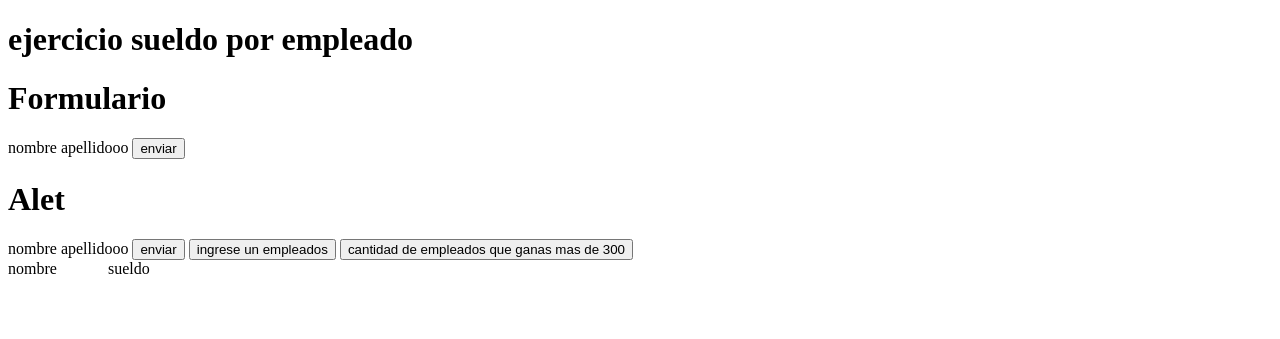
Repository: wolfmarcos/Ej-FormSesionEmpleados
Page: sueldoempleado.html
The author's editor kept a copy of each file at every save. The page is drawn from the files as they stood at one save, then again after a run of saves.
The browser window is 1280 px wide. The pictures show the whole page.

Above is the page before, as saved 2022-07-26 13:33:36.

### sueldoempleado.html
<!DOCTYPE html>
<html lang="en">

<head>
    <meta charset="UTF-8">
    <meta http-equiv="X-UA-Compatible" content="IE=edge">
    <meta name="viewport" content="width=device-width, initial-scale=1.0">
    <link rel="stylesheet" href="ej1.css">
    <title>Document</title>
</head>

<body>

    <h1>ejercicio sueldo por empleado</h1>


    <h1>Formulario</h1>
    <form action="./ej1.js" name="form" method="post">
        <leibel>nombre</leibel>
        <leibel>apellidooo</leibel>
        <imput type="text"/>

            <button type="submit"> enviar</button>
    </form>


    <h1>Alet</h1>
    <form action="./ej1.js" name="form" method="post">
<leibel>nombre</leibel>


<leibel>apellidooo</leibel>
<imput type="text" maxlengt="30" placeholder="nombre"></imput>
<imput type="text">

<button type="submit"> enviar</button>
    </form>




    <button id="agregarHTML">ingrese un empleados</button>

    <button id="empleadosMas300">cantidad de empleados que ganas mas de 300 </button>

    <div class="contenedorR">
        <div>nombre</div>
        <div>sueldo</div>
        <div class="datos"></div>

    </div>


    <script src="ej1.js"></script>
</body>

<div>
    <br>




</div>



</html>

### ej1.css
.contenedorR{ display: grid;

    grid-template-columns: repeat(2 ,100px)}

### ej1.js
// En una empresa trabajan n empleados cuyos  nombre y sueldo se carga por un formulario desde el celular. sueldos oscilan entre $100 y $500,
//  realizar un programa que lea los sueldos que cobra cada empleado e informe cuántos empleados cobran menos de  $200  en una tabla y mas de $300  en otra tabla
//  recuerde cargar los datos como  un nuevo objeto. Además el programa deberá informar el importe que gasta la empresa en sueldos total del personal.
let aprobados = 0;
let i= 0;
let repeticion = true;
resu=document.querySelector(".contenedorR2")

datos=document.querySelector(".datos")
// let arrayDesaprobados = []
const empleados = [];
let resud="";

// let emp = new Empleados;
document.querySelector("#agregarHTML").addEventListener("click", (e) => {


    while(repeticion == true){
        let nombre= prompt("empleado: ");
        let sueldo= parseInt(prompt("sueldo: "));
        //   empleados[i]=[nombre,sueldo,(i+"pepito") ] ;
        //  empleados[i].push(nombre,sueldo );
        empleados[i]={nomebres:nombre,sueldos:sueldo,id:(i+"pepito") }
        i = i + 1;
        repeticion=confirm("ingresar otro  empleado")
    };
    //   Object.values()
    for (let cada of empleados){console.log(cada.sueldos);};


});


// empleados.forEach( cada => console.log( cada["nomebres"]));


document.querySelector("#empleadosMas300").addEventListener("click", (e) => {
    console.log(typeof empleados[0].sueldos)
const emas300= empleados.filter((x)=>x.sueldos>300)
console.log(emas300)
for (let cada of emas300){console.log( cada[1]);};


for (n of emas300){
    resud+= `<div>${n.nomebres}</div>  <div>${n.sueldos}</div>`
    // '<div>'+n.nomebres+'</div>'+'<div>'+n.sueldos+'</div>'
    ___________________________
    //     <div>${n.nomebres}</div>
    //      <div>${n.sueldos}</div>
    ___________________________

console.log(resud)

}
___________________________
// datos.outerHTML=
// `<div class="contenedorR">
// <div>nombre</div>
// <div>sueldo</div>
// ${resud}
// </div>`
___________________________
datos.outerHTML=resud;



})



 // let sueldo= parseFloat(prompt("suldo: "));
        //  new emp(nombre,sueldo)

// console.log("aprobaron: " + aprobados)
// console.log(arrayAprobados);
// console.log("desaprobaron: " + desaprobados)
// console.log(arrayDesaprobados);

After the next 3 saves:
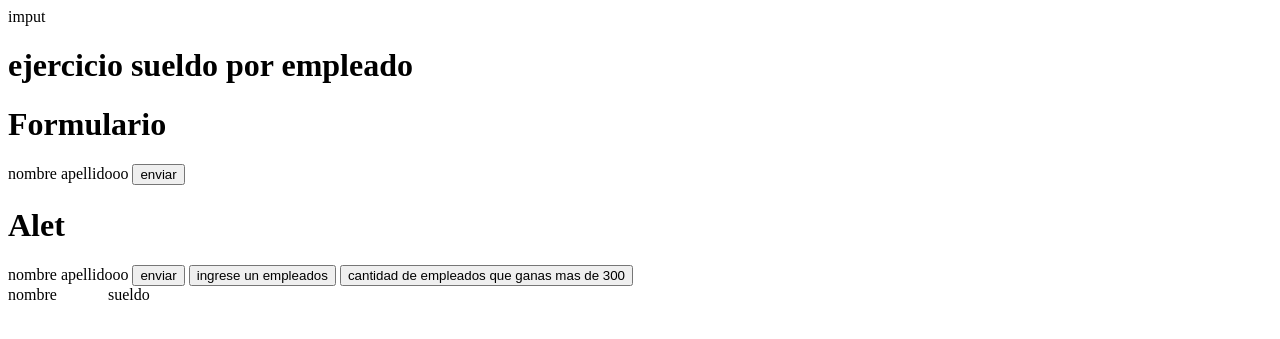
The 3 saves are shown as one change because they came seconds apart.
The last was saved 18 s later.
--- a/sueldoempleado.html
+++ b/sueldoempleado.html
@@ -10,7 +10,7 @@
 </head>
 
 <body>
-
+    imput
     <h1>ejercicio sueldo por empleado</h1>
 
 
